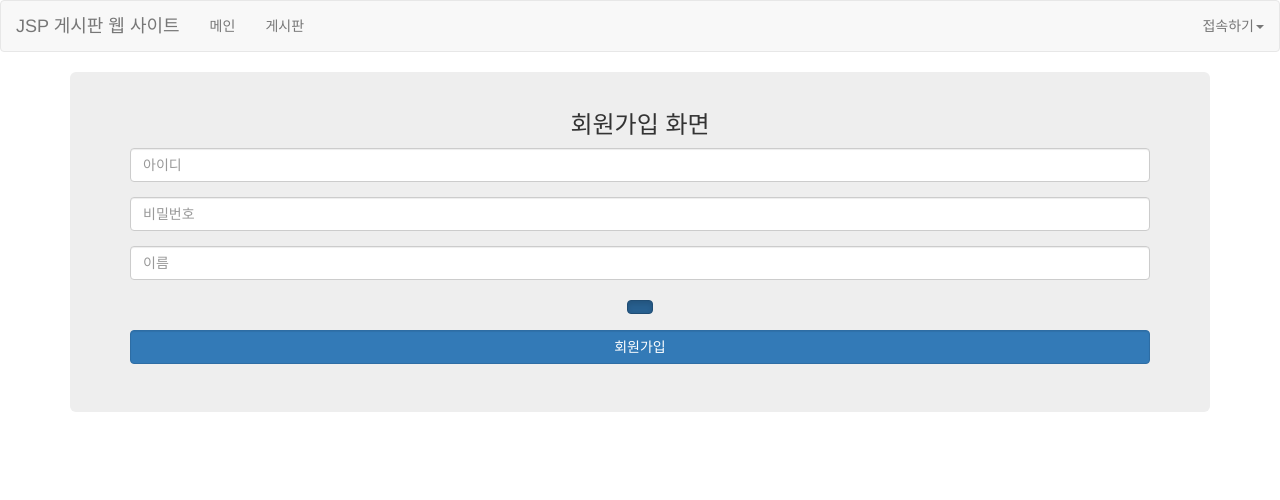
Repository: tykwon97/JSP
Page: http://localhost/BBS/join.jsp
These files come from the project's save history. The page is drawn as it stood at one moment and after the next save; the edit follows.
The browser window is 1280 px wide. The pictures show the whole page.
Some web libraries are served in a nearby version. The page is served by Tomcat 9.

Above is the page before, as saved 2021-01-28 07:12:30.

After the next save:
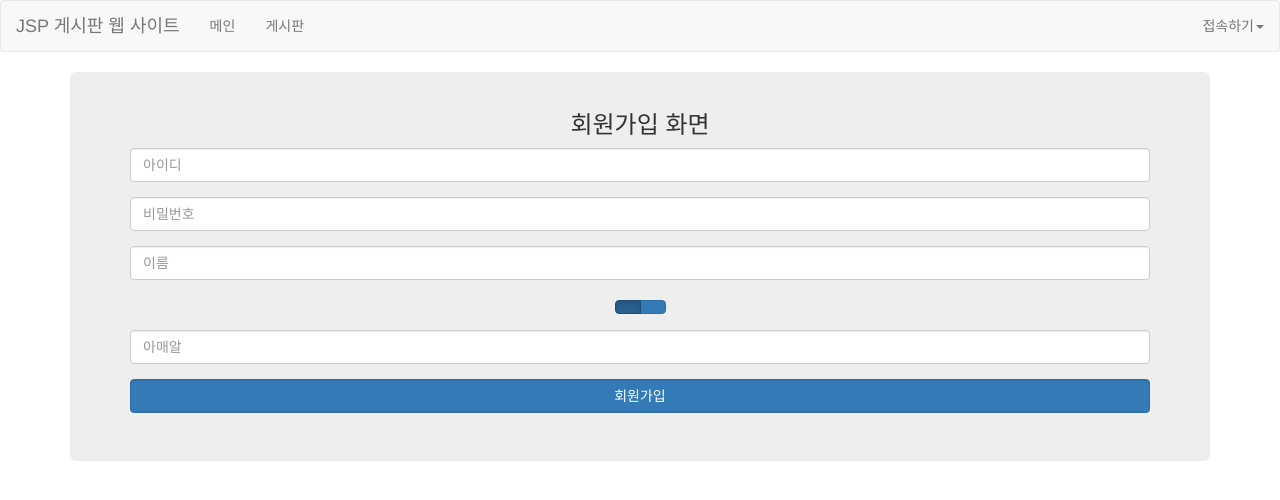
Saved 116 s later.
--- a/projects/BBS/WebContent/join.jsp
+++ b/projects/BBS/WebContent/join.jsp
@@ -45,23 +45,29 @@
 			<div class="jumbotron" style="padding-top : 20px;">
 				<form method="post" action="loginAction.jsp">
 					<h3 style = "text-align : center;">회원가입 화면</h3>
-					<div class ="form-group">
+					<div class ="form-group"> <!-- 아이디 -->
 						<input type="text" class="form-control" placeholder="아이디" name = "userID" maxlength="20">
 					</div>
-					<div class ="form-group">
+					<div class ="form-group"> <!-- 비밀번호 -->
 						<input type="password" class="form-control" placeholder="비밀번호" name = "userPassword" maxlength="20">
 					</div>
-					<div class ="form-group">
+					<div class ="form-group"> <!-- 이름 -->
 						<input type="text" class="form-control" placeholder="이름" name = "userName" maxlength="20">
 					</div>
-					<div class ="form-group" style = "text-align : center;">
+					<div class ="form-group" style = "text-align : center;"> <!-- 성별 -->
 						<div class ="btn-group" data-toggle="buttons">
 							<lable class="btn btn-primary active">
 								<input type="radio" name = "userGender" autocomplete="off" value="남자" checked>
+							</lable>
+							<lable class="btn btn-primary">
 								<input type="radio" name = "userGender" autocomplete="off" value="여자" checked>
 							</lable>
 						</div>
 					</div>
+					<div class ="form-group"> <!-- 이메일 -->
+						<input type="email" class="form-control" placeholder="아매알" name = "userEmail" maxlength="20">
+					</div>
+
 					<input type="submit" class="btn btn-primary form-control" value="회원가입">
 				</form>
 			</div>
